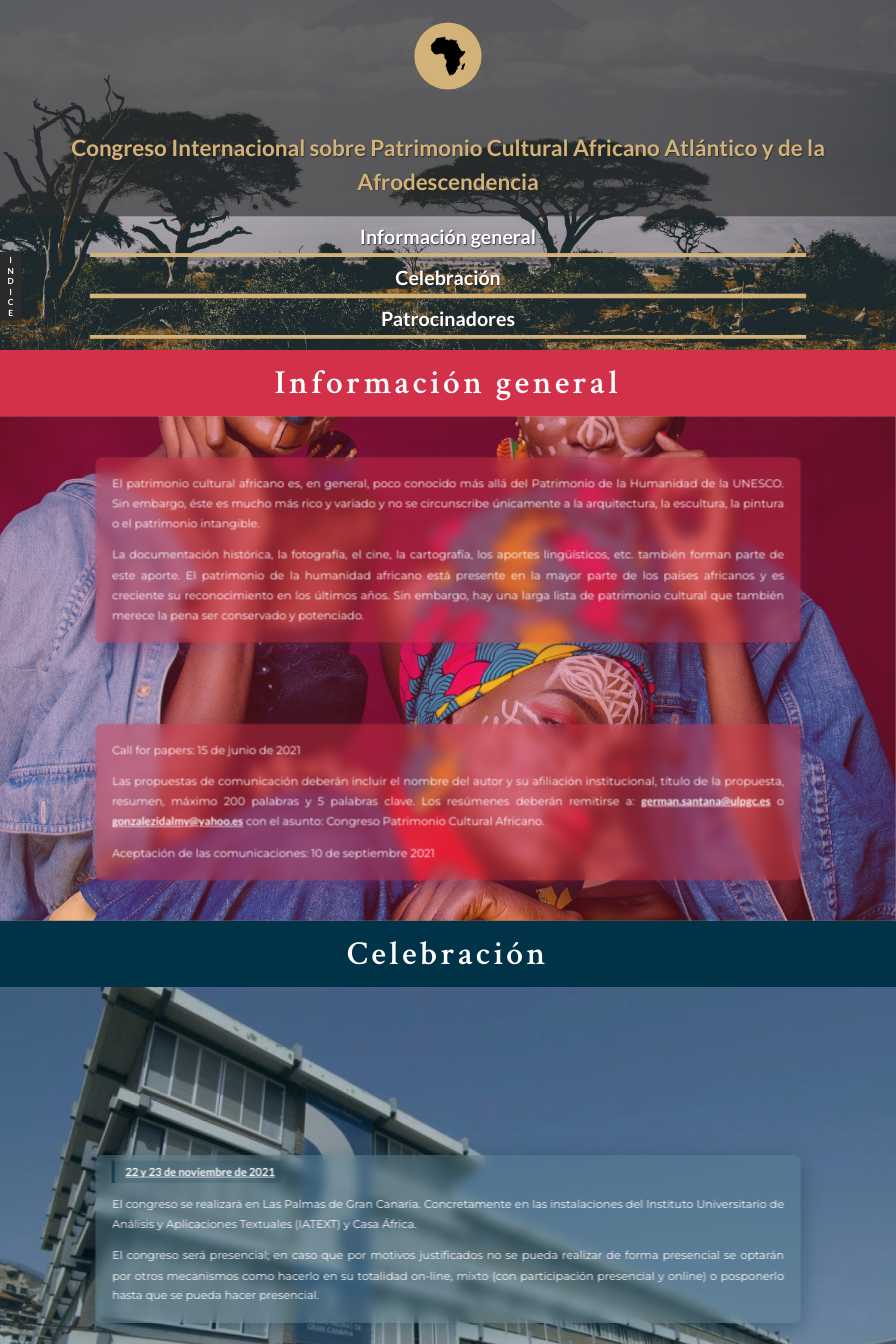
Repository: Letram/congresoafrica
Page: index.html
An editor plug-in stored every save of this project. The page is shown before and after the next save, followed by the edit.
The browser window is 1280 px wide. The pictures show the part of the page from y = 0 to 1920 px (the page is 2945 px tall), at 70% of full size.
Backgrounds fixed to the window are drawn as part of the page. Some web libraries are served in a nearby version. The style sheet was rebuilt from its Sass, Less or Tailwind sources for each picture, by a compiler version that may differ from the author's.

Above is the page before, as saved 2021-04-30 13:02:46.

After the next save:
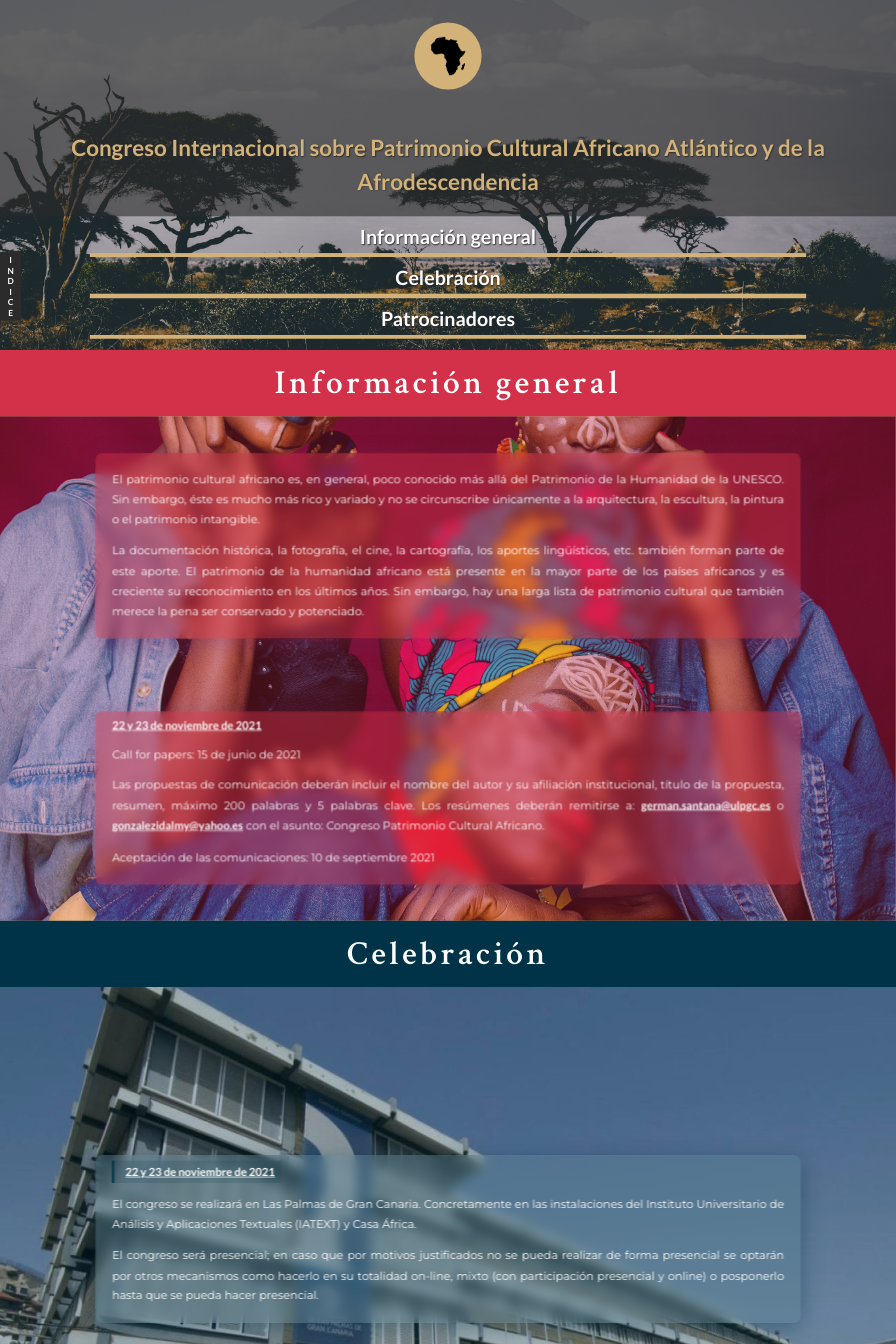
Saved 68 s later.
--- a/index.html
+++ b/index.html
@@ -57,6 +57,7 @@
         </div>
         <div class="card">
           <div class="content">
+            <span class="fecha">22 y 23 de noviembre de 2021</span>
             <p>
               Call for papers: 15 de junio de 2021
             </p>
